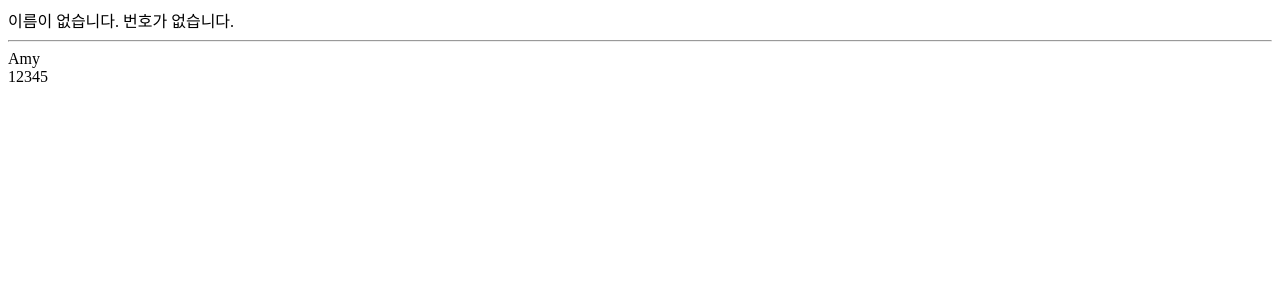
Repository: JungInBaek/Servlet-JSP
Page: http://localhost/edu/example17.jsp
An editor plug-in stored every save of this project. The page is shown before and after the next save, followed by the edit.
The browser window is 1280 px wide. The pictures show the whole page.
The page is served by Tomcat 9. Other server files are loaded and not shown.

Above is the page before, as saved 2021-08-05 09:28:18.

### edu/src/main/webapp/example17.jsp
<%@ page language="java" contentType="text/html; charset=UTF-8"
    pageEncoding="UTF-8"%>
<!DOCTYPE html>
<html>
<head>
<meta charset="UTF-8">
<title>JavaBean</title>
</head>
<body>
	<jsp:useBean class="com.edu.beans.HelloBean" id="hello" />

	<jsp:getProperty property="name" name="hello" />
	<jsp:getProperty property="number" name="hello" />

	<jsp:setProperty property="name" name="hello" value="Amy" />
	<jsp:setProperty property="number" name="hello" value="12345" />

	<hr/>

	<jsp:getProperty property="name" name="hello" /><br/>
	<jsp:getProperty property="number" name="hello" /><br/>
</body>
</html>

### edu/src/main/java/com/edu/beans/HelloBean.java
package com.edu.beans;

public class HelloBean {
	//	멤버변수, 필드, 속성
	private String name;
	private String number;

	//	생성자
	public HelloBean() {
		this.name = "이름이 없습니다.";
		this.number = "번호가 없습니다.";
	}

	//	메소드
	public String getName() {
		return name;
	}

	public void setName(String name) {
		this.name = name;
	}

	public String getNumber() {
		return number;
	}

	public void setNumber(String number) {
		this.number = number;
	}
}

After the next save:
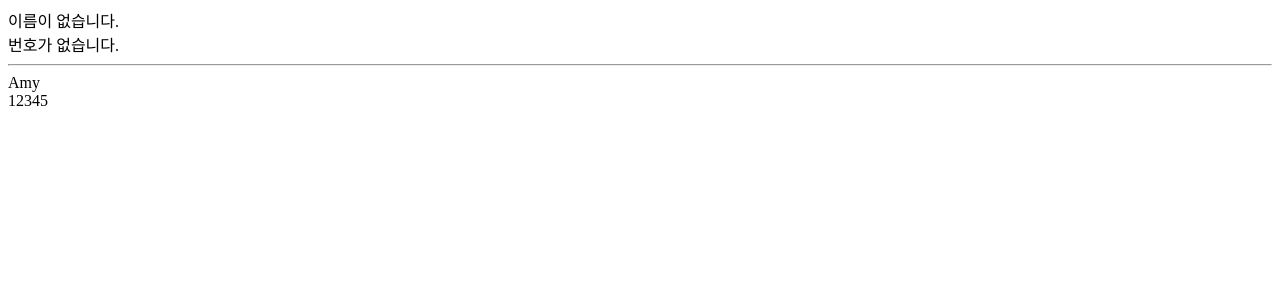
Saved 16 s later.
--- a/edu/src/main/webapp/example17.jsp
+++ b/edu/src/main/webapp/example17.jsp
@@ -9,8 +9,8 @@
 <body>
 	<jsp:useBean class="com.edu.beans.HelloBean" id="hello" />
 
-	<jsp:getProperty property="name" name="hello" />
-	<jsp:getProperty property="number" name="hello" />
+	<jsp:getProperty property="name" name="hello" /><br/>
+	<jsp:getProperty property="number" name="hello" /><br/>
 
 	<jsp:setProperty property="name" name="hello" value="Amy" />
 	<jsp:setProperty property="number" name="hello" value="12345" />
